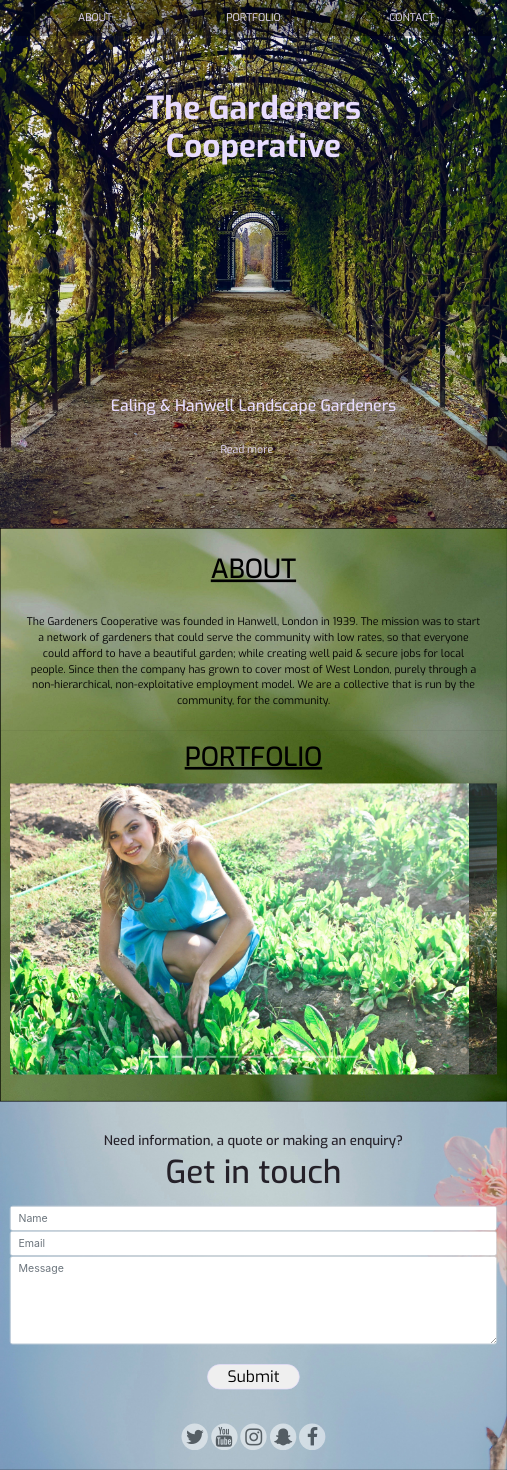
Repository: harrypars0ns/milestone-project
Page: index.html
The author's editor kept a record of every edit. The page is drawn from the files as they stood at one moment, then again after the next edit.
The browser window is 768 px wide. The pictures show the whole page, at 66% of full size.
Backgrounds fixed to the window are drawn as part of the page.

Above is the page before.

### index.html
<!DOCTYPE html>
<html lang="en">

<head>
    <meta charset="UTF-8">
    <meta name="viewport" content="width=device-width, initial-scale=1.0">
    <meta http-equiv="X-UA-Compatible" content="ie=edge">
    <link rel="stylesheet" href="https://stackpath.bootstrapcdn.com/bootstrap/4.3.1/css/bootstrap.min.css" type="text/css" />
    <link rel="stylesheet" href="https://stackpath.bootstrapcdn.com/font-awesome/4.7.0/css/font-awesome.min.css" type="text/css" />
    <link rel="stylesheet" href="assets/css/style.css" type="text/css" />
    <title>Milestone</title>
</head>

<body>
    <!------------------------------------------------------NAV&LANDING>-->
    <div class="landing">
            <nav class='fixed-top container'>
                <div class="row">
                    <div class="col-4">
                        <a href="#about">ABOUT</a>
                    </div>
                    <div class="col-4">
                        <a href="#portfolio">PORTFOLIO</a>
                    </div>
                    <div class="col-4">
                        <a href="#contact">CONTACT</a>
                    </div>
                </div>
            </nav>


        <!-----------------------------------------TITLE---------------->



        <div id="landing" class="view">

            <div class="mask rgba-black-strong">

                <div class="container-fluid d-flex align-items-center justify-content-center h-100">

                    <div class="content row d-flex justify-content-center text-center">

                        <div class="col-md-10">

                            <h2 class="font-weight-bold pt-5 mb-2">The Gardeners Cooperative</h2>



                            <h4>Ealing & Hanwell Landscape Gardeners</h4>
                            <a class='no-underline' href="#about"><button type="button" class="btn btn-large btn-outline">Read more<i class="fas fa-book ml-2"></i></button></a>

                        </div>

                    </div>

                </div>

            </div>

        </div>
    </div>




    <!------------------------------------------------------------------ABOUT->-->



    <div class='about' id='about'>

        <div class="info text-center">
            <div class="">
                <h1>ABOUT</h1>
            </div>

            <div class="container">
                <div class="row">
                    <div class="col">
                        <p>The Gardeners Cooperative was founded in Hanwell, London in 1939. The mission was to start a network of gardeners that could serve the community with low rates, so that everyone could afford to have a beautiful garden; while creating
                            well paid & secure jobs for local people. Since then the company has grown to cover most of West London, purely through a non-hierarchical, non-exploitative employment model. We are a collective that is run by the community,
                            for the community.</p>
                    </div>

                </div>
            </div>

        </div>
        <hr>
        <!-------------------------------------------------------------------PORTFOLIO-->
        <div class="container-fluid portfolio" id='portfolio'>
            <div class="text-center">
                <h1>PORTFOLIO</h1>
            </div>
            <div class="portfolio">
                <div id="carouselExampleIndicators" class="carousel slide" data-ride="carousel">
                    <ol class="carousel-indicators">
                        <li data-target="#carouselExampleIndicators" data-slide-to="0" class="active"></li>
                        <li data-target="#carouselExampleIndicators" data-slide-to="1"></li>
                        <li data-target="#carouselExampleIndicators" data-slide-to="2"></li>
                        <li data-target="#carouselExampleIndicators" data-slide-to="3"></li>
                        <li data-target="#carouselExampleIndicators" data-slide-to="4"></li>
                        <li data-target="#carouselExampleIndicators" data-slide-to="5"></li>
                        <li data-target="#carouselExampleIndicators" data-slide-to="6"></li>
                        <li data-target="#carouselExampleIndicators" data-slide-to="7"></li>
                        <li data-target="#carouselExampleIndicators" data-slide-to="8"></li>

                    </ol>
                    <div class="carousel-inner">
                        <div class="carousel-item active">
                            <img class="d-block w-100 responsive" src="assets/images/lady.jpg" alt="First slide">
                        </div>
                        <div class="carousel-item">
                            <img class="d-block w-100 responsive" src="assets/images/lady2.jpg" alt="Second slide">
                        </div>
                        <div class="carousel-item">
                            <img class="d-block w-100 responsive" src="assets/images/flowers.jpg" alt="Third slide">
                        </div>
                        <div class="carousel-item">
                            <img class="d-block w-100 responsive" src="assets/images/lady4.jpg" alt="Fourth slide">
                        </div>
                        <div class="carousel-item">
                            <img class="d-block w-100 responsive" src="assets/images/bench.jpg" alt="Fifth slide">
                        </div>
                        <div class="carousel-item">
                            <img class="d-block w-100 responsive" src="assets/images/bloom.jpg" alt="Sixth slide">
                        </div>
                        <div class="carousel-item">
                            <img class="d-block w-100 responsive" src="assets/images/lady3.jpg" alt="Seventh slide">
                        </div>
                        <div class="carousel-item">
                            <img class="d-block w-100 responsive" src="assets/images/adult3.jpg" alt="Eighth slide">
                        </div>
                        <div class="carousel-item">
                            <img class="d-block w-100 responsive" src="assets/images/garden.jpg" alt="Nninth slide">
                        </div>
                    </div>
                    <a class="carousel-control-prev" href="#carouselExampleIndicators" role="button" data-slide="prev">
                        <span class="carousel-control-prev-icon" aria-hidden="true"></span>
                        <span class="sr-only">Previous</span>
                    </a>
                    <a class="carousel-control-next" href="#carouselExampleIndicators" role="button" data-slide="next">
                    <span class="carousel-control-next-icon" aria-hidden="true"></span>
                    <span class="sr-only">Next</span>
                    </a>
                </div>


            </div>


        </div>
    </div>

    <!-------------------------------------------------------------------CONTACT-->


    <div class='contact' id='contact'>

        <section class='container-fluid'>
            <div class="row form-page">
                <div class="col">
                    <div class="contact-info">
                        <h5 class='contact-heading question'>Need information, a quote or making an enquiry?</h4>
                            <h2 class='contact-heading'>Get in touch</h2>
                    </div>
                    <div class="form">
                        <form>
                            <input type="text" name="name" id "fullname" class='form-control' placeholder='Name' required/>
                            <input type="email" name="email" id "email" class='form-control' placeholder='Email' required/>
                            <textarea rows='5' name="message" id "message" class='form-control' placeholder='Message' required/></textarea>
                            <div class="submit">
                                <input id='submit' type="submit" value="Submit" />
                            </div>
                        </form>
                    </div>
                </div>
            </div>
        </section>


        <div class="footer" id='footer'>
            <div class="iconwrapper" <a href="#" class="fa fa-facebook">
                </a>
                <a href="#" class="fa inner fa-twitter"></a>
                <a href="#" class="fa inner fa-youtube"></a>
                <a href="#" class="fa inner fa-instagram"></a>
                <a href="#" class="fa inner fa-snapchat-ghost"></a>
                <a href="#" class="fa inner fa-facebook"></a>


            </div>

        </div>
    </div>








    <script src="https://code.jquery.com/jquery-3.3.1.slim.min.js" integrity="sha384-q8i/X+965DzO0rT7abK41JStQIAqVgRVzpbzo5smXKp4YfRvH+8abtTE1Pi6jizo" crossorigin="anonymous"></script>
    <script src="https://cdnjs.cloudflare.com/ajax/libs/popper.js/1.14.7/umd/popper.min.js" integrity="sha384-UO2eT0CpHqdSJQ6hJty5KVphtPhzWj9WO1clHTMGa3JDZwrnQq4sF86dIHNDz0W1" crossorigin="anonymous"></script>
    <script src="https://stackpath.bootstrapcdn.com/bootstrap/4.3.1/js/bootstrap.min.js" integrity="sha384-JjSmVgyd0p3pXB1rRibZUAYoIIy6OrQ6VrjIEaFf/nJGzIxFDsf4x0xIM+B07jRM" crossorigin="anonymous"></script>

</body>

</html>

### assets/css/style.css
@import url('https://fonts.googleapis.com/css?family=Roboto:100,100i,300,300i,400,400i,500,500i,700&display=swap');
@import url('https://fonts.googleapis.com/css?family=Exo:100,200,300,400,500,600,700&display=swap');



/*----------------------------------------- LANDING*/

.landing {
    background-image: url('../images/landing3.jpg');
    height: 100%;
    background-attachment: fixed;
    background-position: bottom;
    background-repeat: no-repeat;
    background-size: cover;
    border: 0px;
    z-index: 1;
    padding-bottom: 10%;
}


body {
    padding: 0;
    background: black;
}

html,
body,
header,
#intro {
    height: 100%;
    width: 100%;
    color: #e8dcff;


}



#intro {

    -webkit-background-size: cover;
    -moz-background-size: cover;
    -o-background-size: cover;
    background-size: cover;
    text-align: center;


}


.content {
    margin-top: 12%;
    font-family: 'Exo', sans-serif;


}

h2 {
    font-size: 3em;
}

h4 {
    padding-top: 50%;
}




.btn-outline {
    color: #e8dcff;
    margin-top: 5%;
}

.btn-outline:hover {
    color: rgba(112, 241, 146, 0.9);
}

/*section {*/

/*    text-align: center;*/

/*}*/

/*-------------------------------------------------------NAV*/


nav {
    color: #e8dcff;
    text-align: center;
    font-family: 'Exo', sans-serif;
    padding: 2%;
    margin: 0;
    background: rgba(0, 0, 0, 0.3);
    background-clip: padding-box;
    width: 100%;


}

nav a {
    color: #e8dcff;
    text-decoration: none;

}



nav a:hover {
    color: #e8dcff;
    right: 0;
    text-decoration: none;
}

nav a:hover:after {
    border-color: #e8dcff;
    right: 0;
}

nav a:after {
    border-radius: 1em;
    border-top: .1em solid #e8dcff;
    content: "";
    position: absolute;
    right: 100%;
    bottom: .14em;
    left: 0;
    transition: right .4s cubic-bezier(0, .5, 0, 1),
    border-color .4s ease-out;
}

nav a:hover:after {
    right: 0;
}





.no-padding {
    padding: 0 !important;
}




/*----------------------------------------- ABOUT*/

.about {

    background-image: url('../images/about.jpg');

    /*background-position: center;*/
    background-repeat: no-repeat;

    background-size: cover;

    border: 0.1px solid rgba(0, 0, 0, 0);

}




.info {


    font-family: "Exo", sans-serif;

    color: #000000;

    margin-top: 15%;

}

.info h1 {

    /*font-size: 2em;*/

    text-decoration: underline;

}

.info p {

    font-size: 1em;

    padding-top: 5%;


}

/*----------------------------------------- portfolio*/

.portfolio {
    font-family: "Exo", sans-serif;

    color: #000000;



    margin-top: 1em;

    text-decoration: underline;
}



.carousel {
    margin-bottom: 40px;

}



/*----------------------------------------- CONTACT*/

.contact {

    background-image: url('../images/pink.jpg');
    background-attachment: fixed;
    background-repeat: no-repeat;
    background-size: cover;

}

.contact-info {
    font-family: "Exo", sans-serif;
    text-align: center;
    /*color: #e8dcff;*/
    color: #252129;


    margin-top: 3em;
    margin-bottom: 20px;

}

/*.contact-info h4 {*/
/*    text-decoration: uppercase;*/

/*}*/

.form {
    margin-bottom: 7%;


}

#submit {
    font-family: 'Exo', sans-serif;
    font-size: 150%;
    border: 1px solid #e8dcff;
    border-radius: 50px 50px;
    padding: 0px 30px;
}

.submit {
    text-align: center;
    padding-top: 30px;


}

/*-----------------------------------------ICONS/FOOTER*/

.footer {
    text-align: center;
    padding-bottom: 30px;
    /*padding-bottom: -10px;*/
}

.iconwrappper {}

.icon {
    display: inline-block;
    text-align: center;


}



.fa {
    padding-top: 5px;
    font-size: 30px;
    height: 40px;
    width: 40px;
    text-align: center;
    text-decoration: none;
    border-radius: 50%;
    background: #fff;
    color: white;
    opacity: 0.5;
}

.fa:hover {
    opacity: 0.9;
    text-decoration: none;
    color: #000;
}

.inner {
    padding-left: 1px;
    color: #000;
}

.fa-youtube {
    padding-right: 1px;

}

/*--------------------------------------------MEDIA Queries */

@media (min-height: 750px) {
    h4 {
        margin-top: 70%;
    }
}

@media (max-height: 500px) {
    .btn {
        margin-top: 0px;
    }
    h4 {
        margin-top: 0%;
        padding-top: 0%;
    }
}

@media (min-width: 600px) {
    h4 {
        padding-top: 0px;
    }
    .info {
        margin-top: 5%;
    }
}

@media (min-width: 1000px) {

    h4 {
        margin-top: 50%;
    }



    .info {

        font-size: 2.2em;

    }

    .portfolio h2 {
        padding-top: 50px;
    }

    .carousel {
        padding: 0px 300px;
    }

    .contact-info {
        margin-top: 10%;
    }

}

@media (min-width: 1300px) {
    .form {
        padding-right: 250px;
        padding-left: 250px
    }
}

After the next edit:
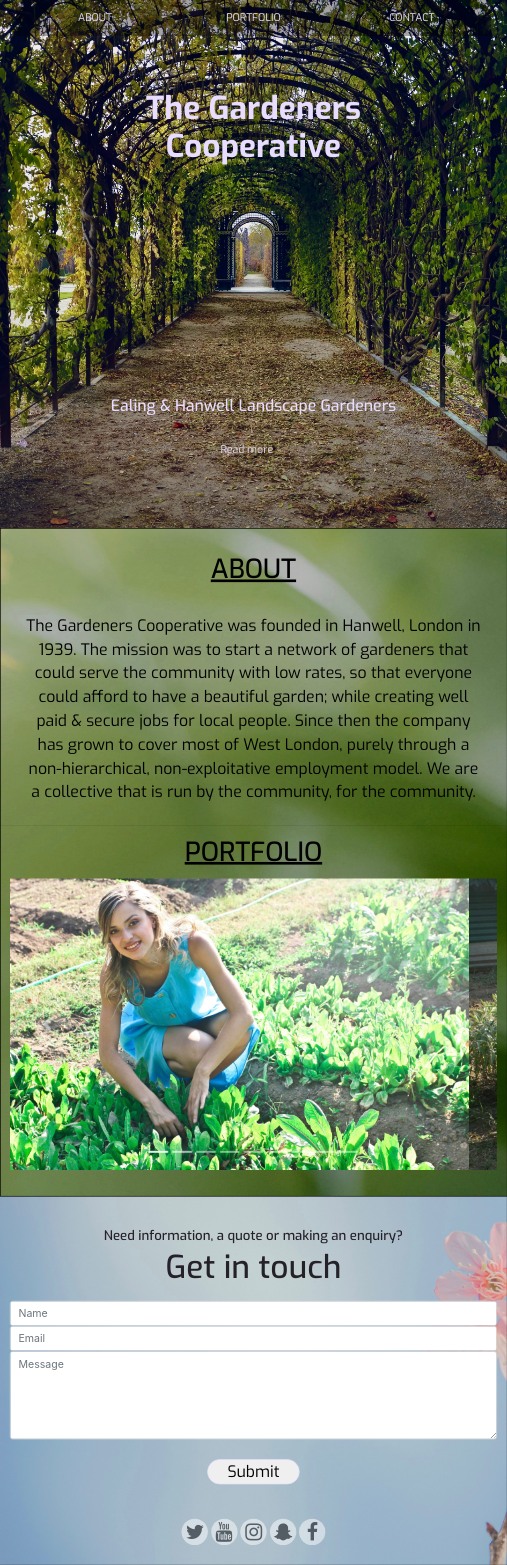
The edit:
--- a/assets/css/style.css
+++ b/assets/css/style.css
@@ -327,6 +327,12 @@
     }
 }
 
+@media (max-width: 1000px) {
+   .info p {
+        font-size: 24px;
+    }
+}
+
 @media (min-width: 600px) {
     h4 {
         padding-top: 0px;
